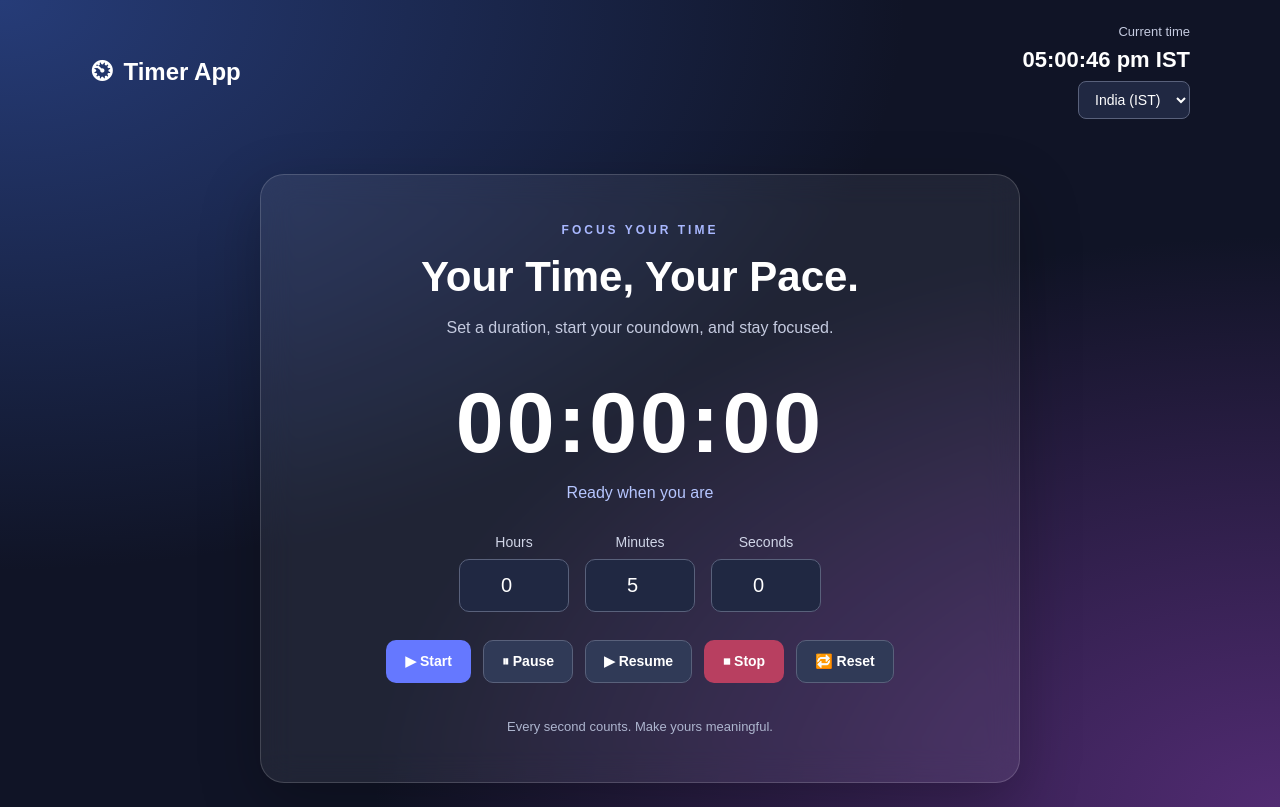
Repository: 22MH1A42G1/timer-app
Page: http://localhost/
These files come from the project's save history. The page is drawn as it stood at one moment and after the next save; the edit follows.
The browser window is 1280 px wide. The pictures show the whole page.
Backgrounds fixed to the window are drawn as part of the page. The page is served by the project's application, run on Flask 3 (app.py).

Above is the page before, as saved 2026-10-18 22:11:13.

### templates/index.html
<!DOCTYPE html>
<html lang="en">
<head>
    <meta charset="UTF-8">
    <meta name="viewport" content="width=device-width, initial-scale=1.0">
    <title>Timer App | Stay on Time</title>

    <!-- Connect our CSS file-->
    <link rel="stylesheet" href="{{url_for('static',filename='css/style.css')}}"
</head>
<body>
    <main class="app-continer">

        <!-- Top section: Indian clock and time zone selection -->
        <header class="top-bar">
            <div class="brand">
                <span class="brand-icon">⏲</span>
                <span>Timer App</span>
            </div>

            <div class="world-clock">
                <label for="timezone">Current time</label>
                <div class="clock-display" id="world-clock">
                    Loading time...
                </div>
                <select id="timezone" aria-label="Select a time zone">
                    <option value="Asia/Kolkata">
                        India (IST)
                    </option>
                    <option value="Europe/London">
                        London
                    </option>
                    <option value="America/New_York">
                        New York
                    </option>
                    <option value="Asia/Tokyo">
                        Tokyo
                    </option>
                    <option value="Asia/Dubai">
                        Dubai
                    </option>
                </select>
            </div>
         </header>

         <!-- Main timer section -->
          <section class="timer-card">
            <p class="eyebrow">FOCUS YOUR TIME</p>
            <h1>Your Time, Your Pace.</h1>

            <p class="subtitle">
                Set a duration, start your coundown, and stay focused.
            </p>

            <!-- Countdown display -->
            <div class="countdown" id="countdown" role="timer" aria-live="off">
                00:00:00
            </div>

            <p class="timer-status" id="timer-status" role="status" aria-live="polite">
                Ready when you are
            </p>

            <!-- Duration inputs -->
            <div class="time-inputs">
                <div class="input-group">
                    <label for="hours">Hours</label>
                    <input type="number" id="hours" min="0" max="999" value="0">
                </div>
                <div class="input-group">
                    <label for="minutes">Minutes</label>
                    <input type="number" id="minutes" min="0" max="59" value="5">
                </div>
                <div class="input-group">
                    <label for="seconds">Seconds</label>
                    <input type="number" id="seconds" min="0" max="59" value="0">
                </div>
            </div>

            <!-- Time controls -->
            <div class="timer-controls">
                <button type="button" id="start-btn" class="btn btn-primary">
                    ▶ Start
                </button>

                <button type="button" id="pause-btn" class="btn btn-secondary">
                    ⏸ Pause
                </button>

                <button type="button" id="resume-btn" class="btn btn-secondary">
                    ▶ Resume
                </button>

                <button type="button" id="stop-btn" class="btn btn-danger">
                    ⏹ Stop
                </button>

                <button type="button" id="reset-btn" class="btn btn-secondary">
                    🔁 Reset
                </button>
            </div>

            <p class="footer-note">
                Every second counts. Make yours meaningful.
            </p>
          </section>
    </main>

    <!-- Connect our JavaScript file -->
    <script src="{{ url_for('static',filename='js/timer.js') }}" defer></script>
</body>
</html>

### app.py
from flask import Flask, render_template
app = Flask(__name__)

@app.route("/")
def home():
        return render_template("index.html")
if __name__ == "__main__":
    app.run(debug=True)

### static/css/style.css
/* Reset default brower spacing */

* {
    margin: 0;
    padding: 0;
    box-sizing: border-box;
}

/* Main page */

body {
    min-height: 100vh;
    font-family: Arial, Helvetica, sans-serif;
    color: #ffffff;
    background: radial-gradient(ellipse at top left, #263c78, transparent 50%), radial-gradient(ellipse at bottom right, #512b72, transparent 50%), #101426;
    padding: 24px;
}

/* Main application container */

.app-continer {
    width: 100%;
    max-width: 1100px;
    margin: 0 auto;
}

/* Top navigation */

.top-bar {
    display: flex;
    justify-content: space-between;
    align-items: center;
    gap: 24px;
    margin-bottom: 55px;
}

.brand {
    display: flex;
    align-items: center;
    gap: 10px;
    font-size: 24px;
    font-weight: bold;
}

.brand-icon {
    font-size: 30px;
}

.world-clock {
    display:flex;
    flex-direction: column;
    align-items: flex-end;
    gap: 8px;
}

.world-clock label {
    color: #c5cbe0;
    font-size: 13px;
}

.clock-display {
    font-size: 22px;
    font-weight: bold;
    font-variant-numeric: tabular-nums;
}

select {
    padding: 9px 12px;
    border: 1px solid #59617b;
    border-radius: 8px;
    background: #202842;
    color:#ffffff;
    font-size: 14px;
}

/* Timer panel */

.timer-card {
    width: 100%;
    max-width: 760px;
    margin: 0 auto;
    padding: 48px 32px;
    text-align: center;

    background: rgba(255, 255, 255, 0.07);
    border: 1px solid rgba(255, 255, 255, 0.16);
    border-radius: 24px;

    backdrop-filter: blur(16px);
    -webkit-backdrop-filter: blur(16px);

    box-shadow: 0 20px 60px rgba(0, 0, 0, 0.25);
}

.eyebrow {
    color: #a9b8ff;
    font-size: 12px;
    font-weight: bold;
    letter-spacing: 3px;
    margin-bottom: 16px;
}

.timer-card h1 {
    font-size: clamp(28px, 5vw, 42px);
    margin-bottom: 14px;
}

.subtitle {
    color: #c5cbe0;
    line-height: 1.6;
    margin-bottom: 32px;
}

/* Coundown numbers */

.countdown {
    margin: 20px 0 12px;
    font-size: clamp(48px, 10vw, 86px);
    font-weight: bold;
    letter-spacing: 3px;
    font-variant-numeric: tabular-nums;
    color: #ffffff;
}

/* Timer status */

.timer-status {
    color: #b6c6ff;
    margin-bottom: 30px;
    min-height: 20px;
}

/* Duration fields */

.time-inputs {
    display: flex;
    justify-content: center;
    gap: 16px;
    margin-bottom: 28px;
}

.input-group {
    display: flex;
    flex-direction: column;
    gap: 9px;
    width: 110px;
}

.input-group label {
    color: #d0d5e7;
    font-size: 14px;
}

.input-group input {
    width: 100%;
    padding: 14px 8px;
    border: 1px solid #59617b;
    border-radius: 10px;
    outline: none;
    background: #202842;
    color: #ffffff;
    text-align: center;
    font-size: 20px;
}

.input-group input:focus, select:focus-visible {
    border-color: #9aabff;
    outline: 2px solid #7e91ff;
    outline-offset: 2px;
}

/* Timer buttons */

.timer-controls {
    display: flex;
    justify-content: center;
    flex-wrap: wrap;
    gap: 12px;
}

.btn {
    padding: 12px 18px;
    border: 1px solid transparent;
    border-radius: 10px;
    color: #ffffff;
    font-size: 14px;
    font-weight: bold;
    cursor: pointer;
    transition: transform 0.2s, filter 0.2s;
}

.btn:hover {
    transform: translateY(-2px);
    filter: brightness(1.15);
}

.btn:focus-visible {
    outline: 2px solid #ffffff;
    outline-offset: 3px;
}

.btn-primary {
    background: #6578ff;
}

.btn-secondary {
    background: #303a57;
    border-color: #59617b;
}

.btn-danger {
    background: #b83f60;
}

.footer-note {
    margin-top: 36px;
    color: #aeb6cf;
    font-size: 13px;
}

/* Mobile and small screens */

@media (max-width: 600px) {
    body {
        padding: 18px 12px;
    }

    .top-bar {
        flex-direction: column;
        align-items: stretch;
        margin-bottom: 30px;
    }

    .world-clock {
        align-items:flex-start;
    }

    .timer-card {
        padding: 36px 16px;
    }

    .time-inputs {
        gap: 10px;
    }

    .input-group {
        width: 30%;
        max-width: 100px;
    }

    .btn {
        flex: 1 1 40%;
    }
}

### static/js/timer.js

"use strict";

// ==========================================
// PART 1: LIVE CLOCK
// ==========================================

const clockElement = document.getElementById("world-clock");
const timezoneSelect = document.getElementById("timezone");

function updateClock() {
    const selectedTimeZone = timezoneSelect.value;
    const currentTime = new Date();

    const formatter = new Intl.DateTimeFormat("en-IN", {
        timeZone: selectedTimeZone,
        hour: "2-digit",
        minute: "2-digit",
        second: "2-digit",
        hour12: true,
        timeZoneName: "short"
    });

    clockElement.textContent = formatter.format(currentTime);
}

updateClock();
setInterval(updateClock, 1000);
timezoneSelect.addEventListener("change", updateClock);


// ==========================================
// PART 2: FIND TIMER HTML ELEMENTS
// ==========================================

const countdownDisplay = document.getElementById("countdown");
const statusDisplay = document.getElementById("timer-status");

const hoursInput = document.getElementById("hours");
const minutesInput = document.getElementById("minutes");
const secondsInput = document.getElementById("seconds");

const startButton = document.getElementById("start-btn");
const pauseButton = document.getElementById("pause-btn");
const resumeButton = document.getElementById("resume-btn");
const stopButton = document.getElementById("stop-btn");
const resetButton = document.getElementById("reset-btn");

const durationInputs = [
    hoursInput,
    minutesInput,
    secondsInput
];


// ==========================================
// PART 3: TIMER STATE
// ==========================================

// Possible states: idle, running, paused,
// stopped, completed.

let timerState = "idle";

let remainingSeconds = 0;
let deadline = 0;
let intervalId = null;

// Stores the duration configured when Start is clicked.
let configuredDuration = 0;


// ==========================================
// PART 4: FORMAT AND DISPLAY TIME
// ==========================================

function formatTime(totalSeconds) {
    const hours = Math.floor(totalSeconds / 3600);
    const minutes = Math.floor((totalSeconds % 3600) / 60);
    const seconds = totalSeconds % 60;

    return [
        String(hours).padStart(2, "0"),
        String(minutes).padStart(2, "0"),
        String(seconds).padStart(2, "0")
    ].join(":");
}

function renderCountdown() {
    countdownDisplay.textContent =
        formatTime(remainingSeconds);
}


// ==========================================
// PART 5: READ AND VALIDATE USER INPUT
// ==========================================

function readDuration() {
    const values = durationInputs.map(input => {
        const rawValue = input.value.trim();

        // Reject empty or non-integer input.
        if (!/^\d+$/.test(rawValue)) {
            return null;
        }

        const value = Number(rawValue);

        if (!Number.isSafeInteger(value)) {
            return null;
        }

        return value;
    });

    if (values.some(value => value === null)) {
        return {
            valid: false,
            message: "Enter a valid whole number in every field."
        };
    }

    const [hours, minutes, seconds] = values;

    if (hours > 999 || minutes > 59 || seconds > 59) {
        return {
            valid: false,
            message: "Hours must be 0–999; minutes and seconds 0–59."
        };
    }

    const total = hours * 3600 + minutes * 60 + seconds;

    if (!Number.isSafeInteger(total) || total <= 0) {
        return {
            valid: false,
            message: "Please set a duration greater than zero."
        };
    }

    return {
        valid: true,
        total: total
    };
}


// ==========================================
// PART 6: UPDATE BUTTONS AND INPUTS
// ==========================================

function updateControls() {
    const running = timerState === "running";
    const paused = timerState === "paused";

    startButton.disabled = running || paused;
    pauseButton.disabled = !running;
    resumeButton.disabled = !paused;

    stopButton.disabled = !running && !paused;

    // Allow editing only when the timer is not active.
    durationInputs.forEach(input => {
        input.disabled = running || paused;
    });
}


// ==========================================
// PART 7: START THE COUNTDOWN
// ==========================================

function startTimer() {
    const result = readDuration();

    if (!result.valid) {
        statusDisplay.textContent = result.message;
        return;
    }

    configuredDuration = result.total;
    remainingSeconds = configuredDuration;

    beginCountdown();
}


// ==========================================
// PART 8: RUN THE COUNTDOWN
// ==========================================

function beginCountdown() {
    // Record the target time in milliseconds.
    deadline = Date.now() + remainingSeconds * 1000;

    timerState = "running";
    statusDisplay.textContent = "Timer is running...";

    updateControls();
    renderCountdown();

    // Clear any previous interval before creating another.
    clearInterval(intervalId);

    // Refresh the display regularly.
    intervalId = setInterval(tick, 200);

    // Update immediately, too.
    tick();
}

function tick() {
    if (timerState !== "running") {
        return;
    }

    const millisecondsLeft = deadline - Date.now();

    remainingSeconds = Math.max(
        0,
        Math.ceil(millisecondsLeft / 1000)
    );

    renderCountdown();

    if (millisecondsLeft <= 0) {
        completeTimer();
    }
}


// ==========================================
// PART 9: PAUSE AND RESUME
// ==========================================

function pauseTimer() {
    if (timerState !== "running") {
        return;
    }

    // Calculate the actual remaining time.
    remainingSeconds = Math.max(
        0,
        Math.ceil((deadline - Date.now()) / 1000)
    );

    clearInterval(intervalId);
    intervalId = null;

    renderCountdown();

    // Handle the edge case where the deadline
    // passed just as Pause was clicked.
    if (remainingSeconds === 0) {
        completeTimer();
        return;
    }

    timerState = "paused";
    statusDisplay.textContent = "Timer paused.";

    updateControls();
}

function resumeTimer() {
    if (timerState !== "paused") {
        return;
    }

    beginCountdown();
}


// ==========================================
// PART 10: STOP AND RESET
// ==========================================

function stopTimer() {
    if (timerState !== "running" &&
        timerState !== "paused") {
        return;
    }

    clearInterval(intervalId);
    intervalId = null;

    remainingSeconds = 0;
    timerState = "stopped";

    renderCountdown();

    statusDisplay.textContent = "Timer stopped.";

    // The next Start uses the duration fields again.
    updateControls();
}

function resetTimer() {
    clearInterval(intervalId);
    intervalId = null;

    // If a duration was previously configured,
    // restore it. Otherwise, read the current inputs.
    const result = readDuration();

    const total = configuredDuration > 0
        ? configuredDuration
        : (result.valid ? result.total : 0);

    remainingSeconds = total;
    timerState = "idle";

    // Re-enable inputs and allow another start.
    updateControls();

    renderCountdown();

    statusDisplay.textContent = total > 0
        ? "Timer reset. Ready to start."
        : "Set a valid duration to begin.";
}


// ==========================================
// PART 11: COMPLETION NOTIFICATION
// ==========================================

async function completeTimer() {
    if (timerState !== "running") {
        return;
    }

    clearInterval(intervalId);
    intervalId = null;

    remainingSeconds = 0;
    timerState = "completed";

    renderCountdown();

    statusDisplay.textContent =
        "Time is up! Your countdown is complete.";

    updateControls();

    // Ask permission only after a user action
    // has initiated the countdown.
    if (!("Notification" in window)) {
        return;
    }

    try {
        if (Notification.permission === "default") {
            await Notification.requestPermission();
        }

        if (Notification.permission === "granted") {
            new Notification("Timer App", {
                body: "Your countdown has finished!"
            });
        }
    } catch (error) {
        // The on-page completion message still works.
        console.warn("Notification unavailable:", error);
    }
}


// ==========================================
// PART 12: CONNECT BUTTONS TO FUNCTIONS
// ==========================================

startButton.addEventListener("click", startTimer);
pauseButton.addEventListener("click", pauseTimer);
resumeButton.addEventListener("click", resumeTimer);
stopButton.addEventListener("click", stopTimer);
resetButton.addEventListener("click", resetTimer);


// ==========================================
// PART 13: INITIALIZE THE TIMER
// ==========================================

renderCountdown();
updateControls();

After the next save:
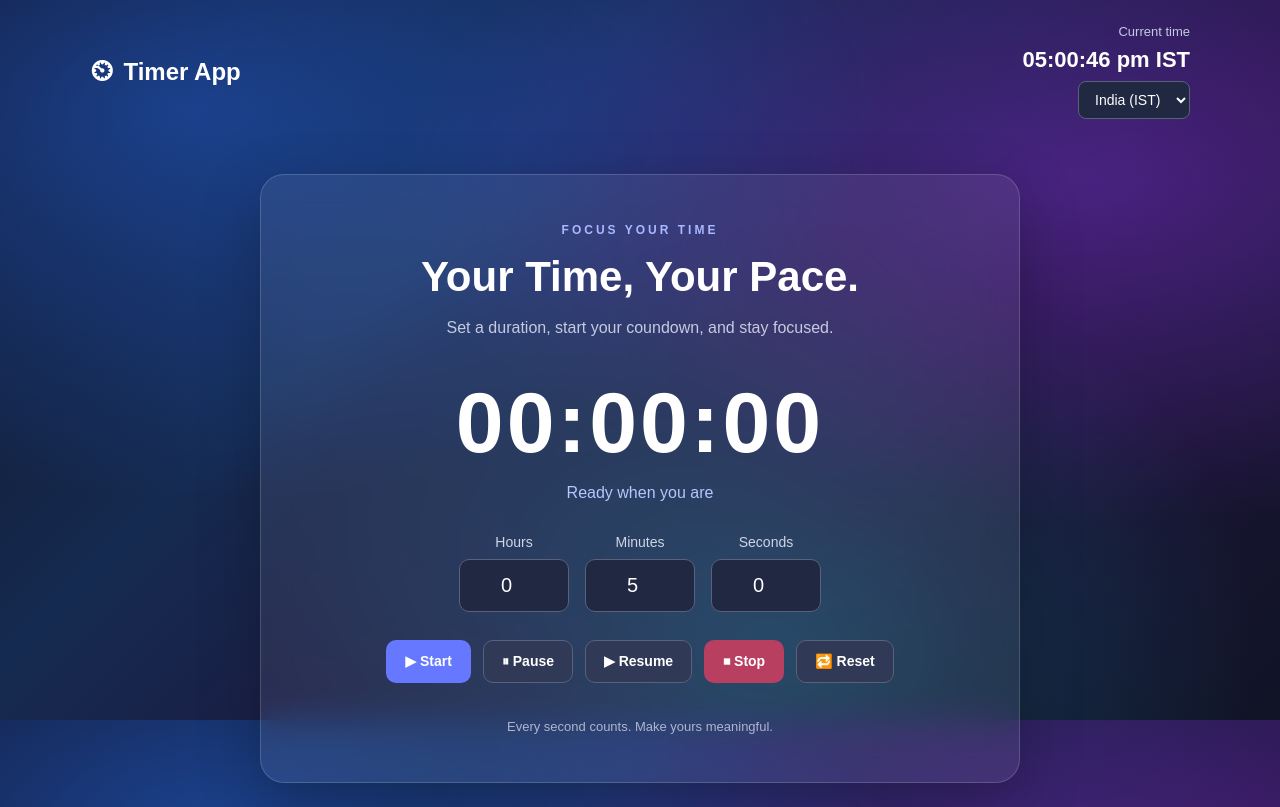
Saved 8 min 25 s later.
--- a/static/css/style.css
+++ b/static/css/style.css
@@ -8,12 +8,80 @@
 
 /* Main page */
 
+/* Animated background foundation */
 body {
     min-height: 100vh;
     font-family: Arial, Helvetica, sans-serif;
     color: #ffffff;
-    background: radial-gradient(ellipse at top left, #263c78, transparent 50%), radial-gradient(ellipse at bottom right, #512b72, transparent 50%), #101426;
     padding: 24px;
+
+    background-color: #101426;
+    background-image:
+        radial-gradient(
+            ellipse at 15% 15%,
+            rgba(39, 112, 255, 0.42),
+            transparent 45%
+        ),
+        radial-gradient(
+            ellipse at 85% 25%,
+            rgba(139, 55, 235, 0.38),
+            transparent 45%
+        ),
+        radial-gradient(
+            ellipse at 60% 90%,
+            rgba(0, 194, 212, 0.24),
+            transparent 45%
+        ),
+        linear-gradient(
+            135deg,
+            #101426,
+            #152a50,
+            #20143c,
+            #101426
+        );
+
+    background-size:
+        180% 180%,
+        180% 180%,
+        180% 180%,
+        300% 300%;
+
+    background-attachment: fixed;
+    animation: auroraFlow 18s ease-in-out infinite alternate;
+}
+
+/* Move the gradient slowly */
+@keyframes auroraFlow {
+    0% {
+        background-position:
+            0% 0%,
+            100% 0%,
+            50% 100%,
+            0% 50%;
+    }
+
+    50% {
+        background-position:
+            100% 50%,
+            0% 100%,
+            100% 0%,
+            100% 50%;
+    }
+
+    100% {
+        background-position:
+            50% 100%,
+            50% 0%,
+            0% 50%,
+            0% 100%;
+    }
+}
+
+/* Respect users who prefer less animation */
+@media (prefers-reduced-motion: reduce) {
+    body {
+        animation: none;
+    }
 }
 
 /* Main application container */
